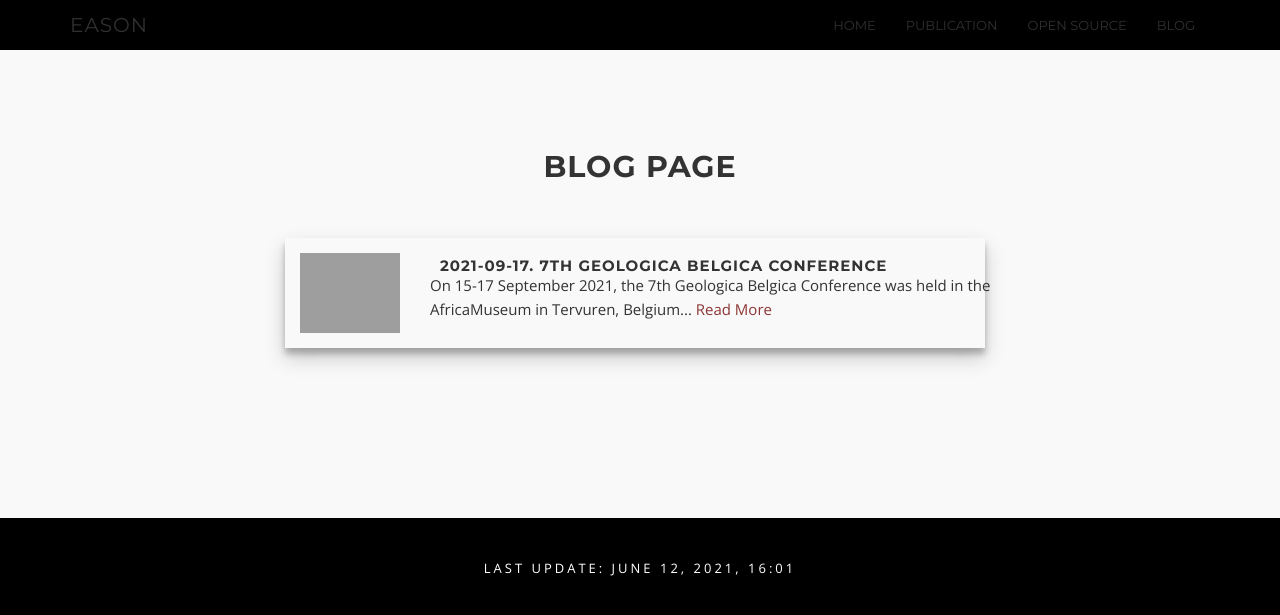
Repository: eazzzon/eazzzon.github.io
Page: blog.html
The author's editor kept a copy of each file at every save. The page is drawn from the files as they stood at one save, then again after a run of saves.
The browser window is 1280 px wide. The pictures show the whole page.
Pictures or frames that could not be fetched are drawn as grey boxes.

Above is the page before, as saved 2021-09-18 13:30:58.

### blog.html
<!DOCTYPE html>
<html lang="en">
<head>
<meta charset="utf-8">
<meta http-equiv="X-UA-Compatible" content="IE=edge">
<meta name="viewport" content="width=device-width, initial-scale=1">
<meta name="description" content="">
<meta name="author" content="">
<title>yishen.zhang</title>
<!-- Bootstrap Core CSS -->
<link href="css/bootstrap.min.css" rel="stylesheet">
<!-- Custom CSS -->
<link href="css/theme.css" rel="stylesheet">
<!-- Custom Fonts -->
<link href="font-awesome/css/font-awesome.min.css" rel="stylesheet" type="text/css">
<link href="http://fonts.googleapis.com/css?family=Open+Sans:300,400,700,400italic,700italic" rel="stylesheet" type="text/css">
<link href="http://fonts.googleapis.com/css?family=Montserrat:400,700" rel="stylesheet" type="text/css">
<!-- HTML5 Shim and Respond.js IE8 support of HTML5 elements and media queries -->
<!-- WARNING: Respond.js doesn't work if you view the page via file:// -->
<!--[if lt IE 9]>
        <script src="https://oss.maxcdn.com/libs/html5shiv/3.7.0/html5shiv.js"></script>
        <script src="https://oss.maxcdn.com/libs/respond.js/1.4.2/respond.min.js"></script>
    <![endif]-->
</head>
<body id="page-top" data-spy="scroll" data-target=".navbar-fixed-top">
<!-- Navigation -->
<nav class="navbar navbar-custom navbar-fixed-top" role="navigation">
<div class="container">
	<div class="navbar-header">
		<button type="button" class="navbar-toggle" data-toggle="collapse" data-target=".navbar-main-collapse">
		<i class="fa fa-bars"></i>
		</button>
		<a class="navbar-brand page-scroll" href="index.html" style="color: #303030;">
		EASON </a>
	</div>
	<!-- Collect the nav links, forms, and other content for toggling -->
	<div class="collapse navbar-collapse navbar-right navbar-main-collapse">
		<ul class="nav navbar-nav" style="color: #303030;">
			<li>
			<a href="index.html">Home</a>
			</li>
			<li>
			<a href="publication.html">publication</a>
			</li>
			<li>
			<a href="opensource.html">open source</a>
			</li>
			<li>
			<a href="blog.html">blog</a>
			</li>
		</ul>
	</div>
	<!-- /.navbar-collapse -->
</div>
<!-- /.container -->
</nav>

<!-- Page Sample Section -->
<section id="page-sample">


<div class="container content-section text-left">
	<div class='container'>
		<div class="row">
			<h2 class="text-center">BLOG PAGE</h2>
			<div class="col-lg-8 col-lg-offset-2">
				<div class="post-box">
					<img class="box-img" src="https://geologicabelgica2021.africamuseum.be/sites/default/files/media/images/Logo%20Geologica%20Belgica.png" alt="lower crust foundering" />
					<div class="box-text">
						<a  href="post20210917.html">
							<h4 class="box-text">2021-09-17. 7th Geologica Belgica Conference </h4>
						</a>
						<p class="p2">On 15-17 September 2021, the 7th Geologica Belgica Conference was held in the AfricaMuseum in Tervuren, Belgium... <a href="post20210917.html" style="color:rgb(141, 53, 53);">Read More</a></p>
					</div>
				</div>
				</div>

			</div>
		</div>
	</div>
</div>
</section>




<!-- Footer -->
<footer>
<div class="container text-center">
	<p class="credits">
		last update: June 12, 2021, 16:01
	</p>
</div>
</footer>
<!-- jQuery -->
<script src="js/jquery.js"></script>
<!-- Bootstrap Core JavaScript -->
<script src="js/bootstrap.min.js"></script>
<!-- Plugin JavaScript -->
<script src="js/jquery.easing.min.js"></script>
<!-- Custom Theme JavaScript -->
<script src="js/theme.js"></script>
</body>
</html>

### css/theme.css
/* Aries v1.0 - by WowThemes.net */
body {
	width:100%;
	height:100%;
	font-family:Open Sans,"Helvetica Neue",Helvetica,Arial,sans-serif;
	color:#fff;
	background-color:#000;
	 font-weight:300;
}
html {
	width:100%;
	height:100%;
}
h1,h2,h3,h4,h5,h6 {
	margin:0 0 35px;
	text-transform:uppercase;
	font-family:Montserrat,"Helvetica Neue",Helvetica,Arial,sans-serif;
	font-weight:700;
	letter-spacing:1px;
}
p {
	margin:0 0 25px;
	font-size:18px;
	line-height:1.5;
}
@media(min-width:768px) {
	p {
		margin:0 0 35px;
		font-size:20px;
		line-height:1.6;
	}
}
a {
	color:inherit;
	-webkit-transition:all .2s ease-in-out;
	-moz-transition:all .2s ease-in-out;
	transition:all .2s ease-in-out;
}
a:hover,a:focus {
	text-decoration:none;
	color:inherit;
}
.light {
	font-weight:400;
}
.navbar-custom {
	margin-bottom:0;
	border-bottom:1px solid rgba(255,255,255,.3);
	text-transform:uppercase;
	font-family:Montserrat,"Helvetica Neue",Helvetica,Arial,sans-serif;
	background-color:#000;
}
.navbar-custom .navbar-brand {
	font-size:20px;
	text-transform:none;
	letter-spacing:1px;
}
.navbar-custom .navbar-brand:focus {
	outline:0;
}
.navbar-custom .navbar-brand .navbar-toggle {
	padding:4px 6px;
	font-size:16px;
	color:#fff;
}
.navbar-custom .navbar-brand .navbar-toggle:focus,.navbar-custom .navbar-brand .navbar-toggle:active {
	outline:0;
}
.navbar-custom a {
}
.navbar-custom .nav li a {
	-webkit-transition:background .3s ease-in-out;
	-moz-transition:background .3s ease-in-out;
	transition:background .3s ease-in-out;
}
.navbar-custom .nav li a:hover {
	outline:0;
	color:#1ba39c;
	background-color:transparent;
}
.navbar-custom .nav li a:focus,.navbar-custom .nav li a:active {
	outline:0;
	background-color:transparent;
}
.navbar-custom .nav li.active {
	outline:0;
}
.navbar-custom .nav li.active a {
	color:#1ba39c;
}
.navbar-custom .nav li.active a:hover {
	color:#1ba39c;
}
@media(min-width:768px) {
	.navbar-custom {
		padding:20px 0;
		border-bottom:0;
		font-size:13px;
		background:0 0;
		-webkit-transition:background .5s ease-in-out,padding .5s ease-in-out;
		-moz-transition:background .5s ease-in-out,padding .5s ease-in-out;
		transition:background .5s ease-in-out,padding .5s ease-in-out;
	}
		 .navbar-custom.top-nav-collapse {
		 padding:0;
		border-bottom:1px solid rgba(255,255,255,.3);
		color:#333;
			background:#fff;
	}
	.navbar-custom.top-nav-collapse a {
		color:#333;
		display:inline-block;
	}
}
.intro {
	display:table;
	width:100%;
	height:auto;
	padding:100px 0 100px 0;
	text-align:center;
	color:#fff;
	background-image:radial-gradient(circle at 50% 50%,rgba(95, 94, 94, 0.46),rgba(56, 56, 56, 0.88)), url('labelled.png');
	-webkit-background-size:cover;
	-moz-background-size:cover;
	background-size:cover;
	-o-background-size:cover;
}
.intro .intro-body {
	display:table-cell;
	vertical-align:middle;
}
.intro .intro-body .brand-heading {
	font-size:40px;
}
.intro .intro-body .intro-text {
	font-size:18px;
}
@media(min-width:768px) {
	.intro {
		height:100%;
		padding:0;
	}
	.intro .intro-body .brand-heading {
		font-size:60px;
		margin-top:90px;
		margin-bottom:20px;
		border-top:2px solid #fff;
		border-bottom:2px solid #fff;
		display:inline-block;
		padding:10px 0;
	}
	.intro .intro-body .intro-text {
		font-size:20px;
			font-weight:300;
			letter-spacing:3px;
	}
}
.btn-circle {
	width:50px;
	height:50px;
	margin-top:15px;
	line-height:40px;
	text-align:center;
	border:2px solid #fff;
	border-radius:100%!important;
	font-size:20px;
	color:#fff;
	background:0 0;
	-webkit-transition:background .3s ease-in-out;
	-moz-transition:background .3s ease-in-out;
	transition:background .3s ease-in-out;
}
.btn-circle:hover,.btn-circle:focus {
	outline:0;
	color:#fff;
	background:rgba(255,255,255,.1);
}
.btn-circle i.animated {
	-webkit-transition-property:-webkit-transform;
	-webkit-transition-duration:1s;
	-moz-transition-property:-moz-transform;
	-moz-transition-duration:1s;
}
.btn-circle:hover i.animated {
	-webkit-animation-name:pulse;
	-moz-animation-name:pulse;
	-webkit-animation-duration:1.5s;
	-moz-animation-duration:1.5s;
	-webkit-animation-iteration-count:infinite;
	-moz-animation-iteration-count:infinite;
	-webkit-animation-timing-function:linear;
	-moz-animation-timing-function:linear;
}
@-webkit-keyframes pulse {
	0% {
		-webkit-transform:scale(1);
		transform:scale(1);
	}
	50% {
		-webkit-transform:scale(1.2);
		transform:scale(1.2);
	}
	100% {
		-webkit-transform:scale(1);
		transform:scale(1);
	}
}
@-moz-keyframes pulse {
	0% {
		-moz-transform:scale(1);
		transform:scale(1);
	}
	50% {
		-moz-transform:scale(1.2);
		transform:scale(1.2);
	}
	100% {
		-moz-transform:scale(1);
		transform:scale(1);
	}
}
.content-section {
	padding:40px 0;
	clear:both;
}
@media(min-width:767px) {
	.content-section {
		padding:150px 0;
			 clear:both;
	}
}
.btn {
	border-radius:0;
	text-transform:uppercase;
	font-family:Montserrat,"Helvetica Neue",Helvetica,Arial,sans-serif;
	font-weight:400;
	-webkit-transition:all .3s ease-in-out;
	-moz-transition:all .3s ease-in-out;
	transition:all .3s ease-in-out;
}
.btn-default {
	border:1px solid #42dca3;
	color:#42dca3;
	background-color:transparent;
}
.btn-default:hover,.btn-default:focus {
	border:1px solid #42dca3;
	outline:0;
	color:#000;
	background-color:#42dca3;
}
ul.banner-social-buttons {
	margin-top:0;
}
@media(max-width:1199px) {
	ul.banner-social-buttons {
		margin-top:15px;
	}
}
@media(max-width:767px) {
	ul.banner-social-buttons li {
		display:block;
		margin-bottom:20px;
		padding:0;
	}
	ul.banner-social-buttons li:last-child {
		margin-bottom:0;
	}
}
footer {
	padding:40px 0;
	z-index:1;
	position:relative;
	clear:both;
}
footer p {
	margin:0;
	font-size:15px;
}
footer p.credits {
	text-transform:uppercase;
	font-size:13px;
	letter-spacing:3px;
}
::-moz-selection {
	text-shadow:none;
	background:#fcfcfc;
	background:rgba(255,255,255,.2);
}
::selection {
	text-shadow:none;
	background:#fcfcfc;
	background:rgba(255,255,255,.2);
}
img::selection {
	background:0 0;
}
img::-moz-selection {
	background:0 0;
}
body {
	webkit-tap-highlight-color:rgba(255,255,255,.2);
}
.bgblue {
	background:#22292c;
}
.inlineblock {
	display:inline-block;
}
p:last-child {
	margin-bottom:0;
}
p.lead {
	line-height:1.9;
}
.btnghost {
	border:2px solid #333;
	background-color:transparent;
	padding:15px 20px;
	letter-spacing:3px;
	font-size:12px;
	text-transform:uppercase;
	font-weight:400;
	color:#333;
	margin-top:20px;
	display:inline-block;
}
.btnghost:hover {
	background-color:#333;
	color:#fff;
	border:2px solid #333;
}
.bgcover {
	background-size:cover;
	background-repeat:no-repeat;
	position:relative;
}
img {
	max-width:100%;
}
.gallery ul {
	padding:0;
	margin:0;
}
.gallery img {
	max-width:100%;
	height:auto;
	padding:0;
	margin:0;
}
.gallery ul li {
	margin:0;
	position:relative;
	list-style:none;
	float:left;
	padding:0;
}
.gallery ul li a {
	display:block;
	position:relative;
	width:100%;
	height:100%;
	margin:0;
	padding:0;
	line-height:0;
}
.gallery ul li a:before {
	position:absolute;
	width:32px;
	height:32px;
	top:40%;
	left:50%;
	margin:-14px 0 0 -16px;
	/* background: url(data:[embedded picture, 2228 characters]) no-repeat; */
	content:"";
	opacity:0;
	z-index:1;
	-webkit-transition:all 0.3s linear;
	-moz-transition:all 0.3s linear;
	transition:all 0.3s linear;
}
.gallery ul li a:hover:before {
	top:50%;
	opacity:1;
}
.gallery ul li a:after {
	position:absolute;
	width:100%;
	top:0;
	bottom:0;
	background:rgba(0,0,0,0.3);
	content:"";
	opacity:0;
	-webkit-transition:all 0.3s linear;
	-moz-transition:all 0.3s linear;
	transition:all 0.3s linear;
}
.gallery ul li a:hover:after {
	opacity:1;
}
section:after {
	float:none;
	clear:both;
}
section {
	background-color:#f9f9f9;
	color:#333;
	overflow:hidden;
}
.done {
	display:none;
}
.error input,input.error,.error textarea,textarea.error {
	background-color:#ffffff;
	border-bottom:2px solid orangered !Important;
	-webkit-transition:border linear 0.2s,box-shadow linear 0.2s;
	-moz-transition:border linear 0.2s,box-shadow linear 0.2s;
	-o-transition:border linear 0.2s,box-shadow linear 0.2s;
	transition:border linear 0.2s,box-shadow linear 0.2s;
}

/* post-box style */
.post-box {
	width: 700px;
	height: 110px;
	margin: 20px;
	box-shadow: 0 10px 20px rgba(0, 0, 0, 0.19), 0 6px 6px rgba(0, 0, 0, 0.23);
  }

  .box-img {
	width: 100px;
	height: 80px;
	padding: 0px;
	margin: 15px;
  }

  .box-text {
	margin: 0px;
	position: absolute;
	font-size: 15px;
	padding: 50px;
	top: -5px;
	left: 70px;
  }

  .p {
	padding: 50px;
	margin: 10px;
	position: relative;
	bottom: 100px;
	left: 90px;
  }

  .p2 {
	padding: px;
	margin: 10px;
	font-size: 15px;
	position: relative;
	left: 50px;
	bottom: 0px;
  }

### js/theme.js
// jQuery to collapse the navbar on scroll
$(window).scroll(function() {
    if ($(".navbar").offset().top > 50) {
        $(".navbar-fixed-top").addClass("top-nav-collapse");
    } else {
        $(".navbar-fixed-top").removeClass("top-nav-collapse");
    }
});

// jQuery for page scrolling feature - requires jQuery Easing plugin
$(function() {
    $('a.page-scroll').bind('click', function(event) {
        var $anchor = $(this);
        $('html, body').stop().animate({
            scrollTop: $($anchor.attr('href')).offset().top
        }, 1500, 'easeInOutExpo');
        event.preventDefault();
    });
});

// Closes the Responsive Menu on Menu Item Click
$('.navbar-collapse ul li a').click(function() {
    $('.navbar-toggle:visible').click();
});

Loaded but not shown: css/bootstrap.min.css (library); font-awesome/css/font-awesome.min.css (library); js/jquery.js (library); js/bootstrap.min.js (library); js/jquery.easing.min.js (library)

After the next 3 saves:
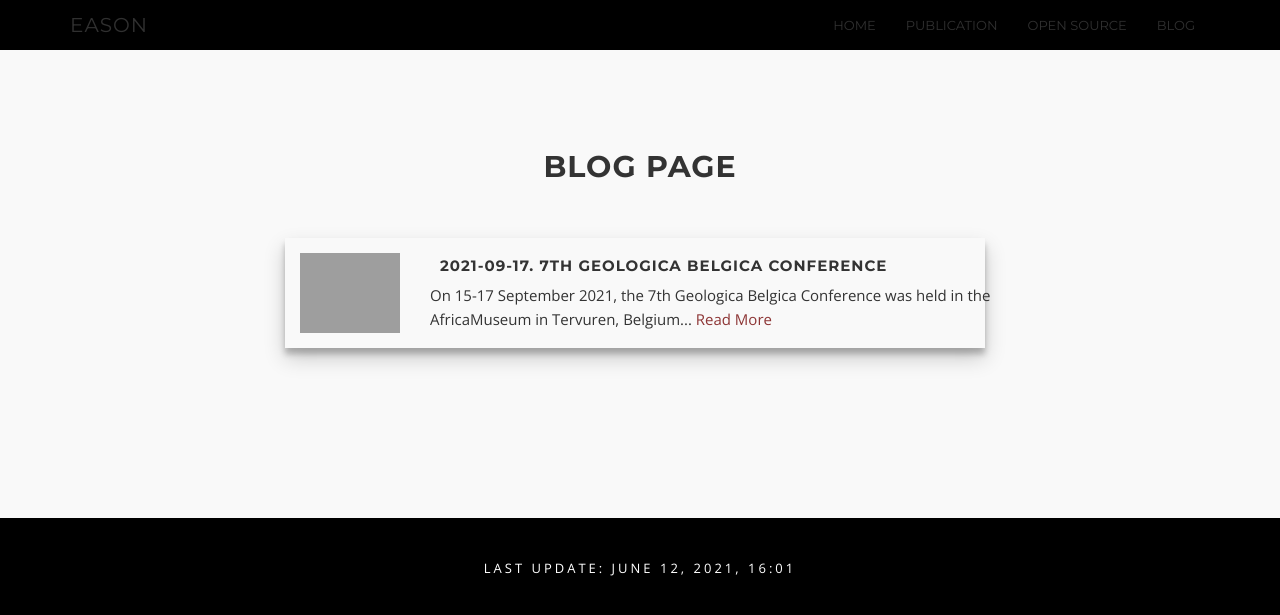
The 3 saves are shown as one change because they came seconds apart.
The last was saved 15 s later.
--- a/css/theme.css
+++ b/css/theme.css
@@ -457,5 +457,5 @@ section {
 	font-size: 15px;
 	position: relative;
 	left: 50px;
-	bottom: 0px;
+	bottom: -10px;
   }
